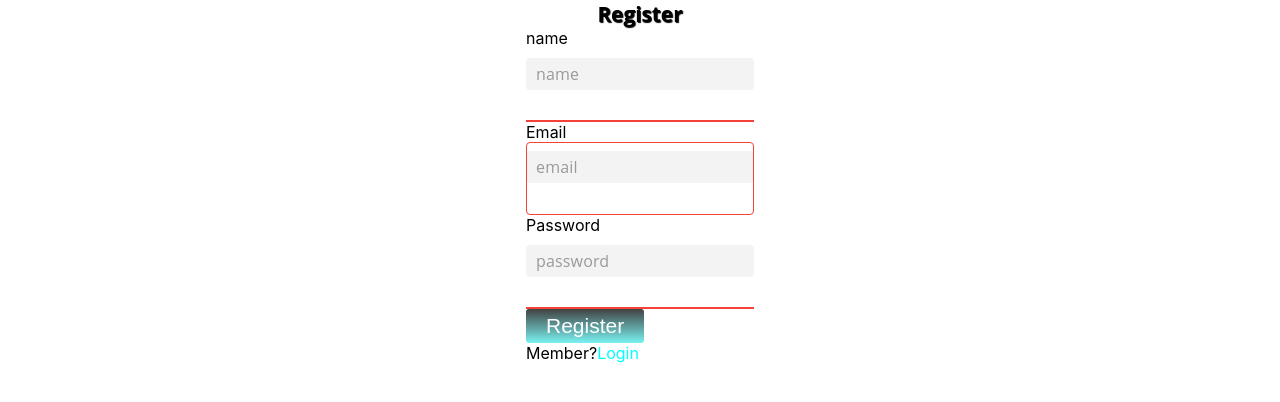
Repository: CSituma/React-Express-Form-Logic
Page: /register (app in client/)
These files come from the project's save history. The page is drawn as it stood at one moment and after the next save; the edit follows.
The browser window is 1280 px wide. The pictures show the whole page.
The project was rebuilt for these pictures with package versions that can differ from the ones it lists, and the page was loaded fresh each time. Also part of the build but not shown: client/src/components/login/login.jsx, client/src/components/login/dashboard.jsx.

Above is the page before, as saved 2020-11-30 13:49:30.

After the next save:
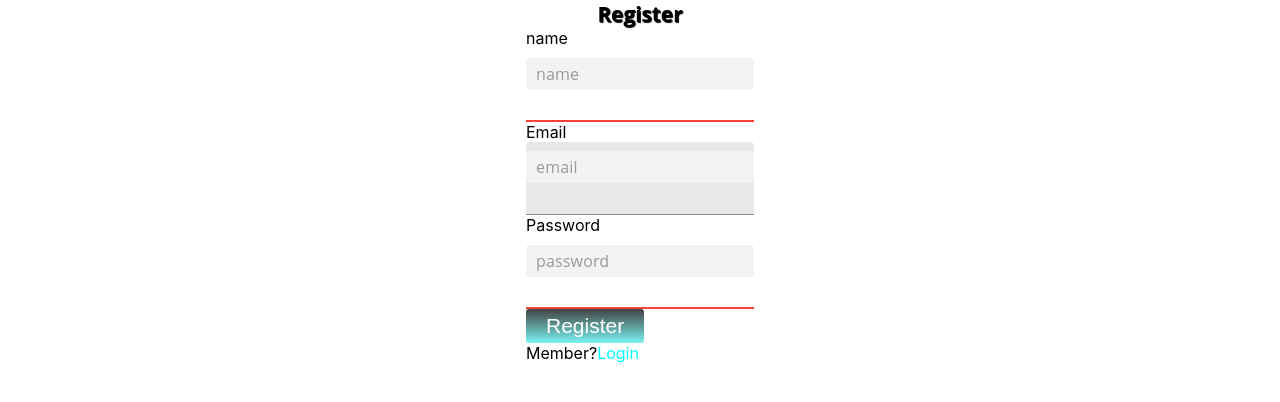
Saved 73 s later.
--- a/client/src/components/login/register.jsx
+++ b/client/src/components/login/register.jsx
@@ -134,8 +134,8 @@ validatefields = () =>{
               name="email"placeholder="email"
               autoComplete="true" value= {this.state.email}
                onChange={this.handleChange}
-               variant="outlined"
-               error
+               variant="filled"
+
                helperText
                ={this.state.emailerror} />
             </div>
